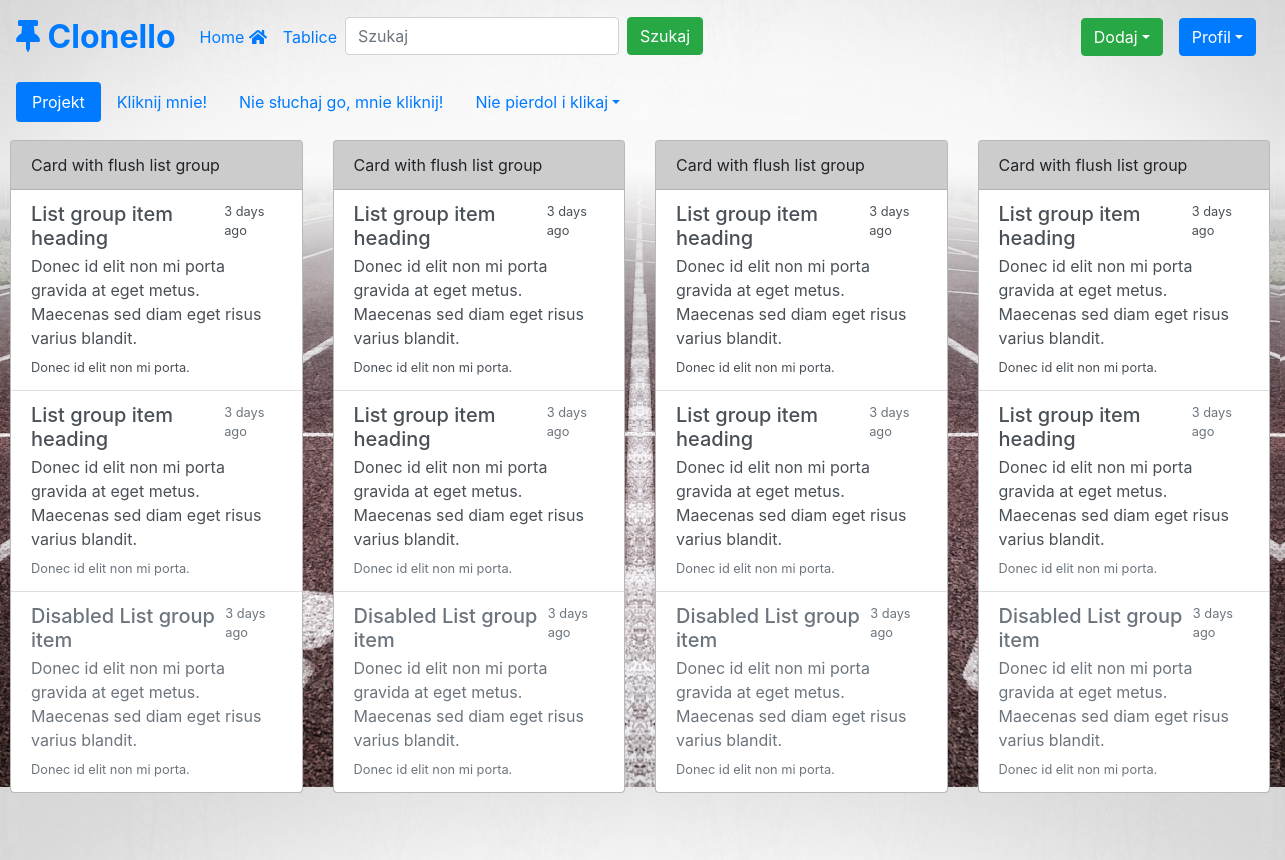
Repository: jnehlt/PAW-lab
Page: / (app in Frontend/clonello/)
An editor plug-in stored every save of this project. The page is shown before and after the next save, followed by the edit.
The browser window is 1280 px wide. The page is 1285 px wide, so the pictures cover 1285 px, including what lies to the right of the window. The pictures show the whole page.
The project was rebuilt for these pictures with package versions that can differ from the ones it lists, and the page was loaded fresh each time.

Above is the page before, as saved 2020-04-24 23:52:15.

### Frontend/clonello/src/main.js
import "@babel/polyfill";
import "mutationobserver-shim";
import Vue from "vue";
import "./plugins/bootstrap-vue";
import App from "./App.vue";
import router from "./router";
import "@fortawesome/fontawesome-free/css/all.css";
import "@fortawesome/fontawesome-free/js/all.js";

Vue.config.productionTip = false;

new Vue({
  router,
  render: h => h(App)
}).$mount("#app");

### Frontend/clonello/src/App.vue
<template>
  <div id="app">
    <topheader></topheader>
    <projectheader></projectheader>

    <div class="row">
        <maincard></maincard>
        <maincard></maincard>
        <maincard></maincard>
        <maincard></maincard>
        <maincard></maincard>
        <maincard></maincard>
        <maincard></maincard>
        <maincard></maincard>
    </div>
    <router-view />
  </div>
</template>

<script>
import TopHeader from "@/components/TopHeader.vue";
import ProjectHeader from "@/components/ProjectHeader.vue";
import MainCard from "@/components/MainCard.vue";

export default {
  components: {
    "topheader": TopHeader,
    "projectheader": ProjectHeader,
    "maincard": MainCard
  }
};
</script>

<style lang="scss">

body {
    background-image: url("../src/assets/running-track-sn-3000x2001.jpg");
    background-size: cover;
    background-position: center;
}

.dropdown-header {
    font-size: larger;
    font-weight: bolder;
}

html, body {
    height: 100%;
}

.list-head {
    font-weight: bolder;
    text-transform: uppercase;
}

.row {
  display: flex;
  flex-wrap: nowrap;
  overflow-x: auto;
  margin-left: -5px;
  margin-right: -5px;
  margin-top: 10px;
  height: 100vh;
}

::-webkit-scrollbar {
  height: 4px;              /* height of horizontal scrollbar ← You're missing this */
  width: 4px;               /* width of vertical scrollbar */
  border: 1px solid #d5d5d5;
  margin-left: -5px;
  margin-right: -5px;
}


</style>

### Frontend/clonello/src/components/TopHeader.vue
<template>
  <div>
    <nav class="navbar navbar-expand-lg">
      <a class="navbar-brand" href="#"><i class="fas fa-thumbtack"></i> Clonello</a>
      <button class="navbar-toggler navbar-dark" type="button" data-toggle="collapse" data-target="#navbarNav" aria-controls="navbarNav" aria-expanded="false" aria-label="Toggle navigation">
          <span class="navbar-toggler-icon"></span>
      </button>
      <div class="collapse navbar-collapse" id="navbarNav">
        <ul class="navbar-nav mr-auto">
          <li class="nav-item">
            <a class="nav-link" href="#">Home <i class="fas fa-home"></i></a>
          </li>
          <li class="nav-item">
            <a class="nav-link" href="#">Tablice</a>
          </li>
          <li class="nav-item">
            <form class="form-inline my-2 my-lg-0">
              <input class="form-control mr-sm-2" type="search" placeholder="Szukaj" aria-label="Search">
              <button class="btn btn-success my-2 my-sm-0" type="submit">Szukaj</button>
            </form>
          </li>
        </ul>
        <ul class="navbar-right navbar-nav">
          <li>
            <b-dropdown id="dropdown-right" right text="Dodaj" variant="success" class="m-2">
              <b-dropdown-item href="#">Coś</b-dropdown-item>
              <b-dropdown-item href="#">Coś innego</b-dropdown-item>
              <b-dropdown-item href="#">Dobra, spierdalaj!</b-dropdown-item>
            </b-dropdown>
            <b-dropdown id="dropdown-right" right text="Profil" variant="primary" class="m-2">
              <b-dropdown-item href="#">Ustawienia</b-dropdown-item>
              <b-dropdown-item href="#">Wyloguj</b-dropdown-item>
            </b-dropdown>
          </li>
        </ul>
      </div>
    </nav>
  </div>
  <!-- class="btn btn-success" type="button" data-toggle="collapse" data-target="#collapseAdd" aria-expanded="false" aria-controls="collapseAdd">Dodaj <i class="fas fa-plus"></i>
            </button> -->
</template>

<script>



export default {

};
</script>

<!-- Add "scoped" attribute to limit CSS to this component only -->
<style scoped lang="scss">
.navbar-brand {
    font-weight: bolder;
    font-size: 2em;
}

.navbar {
    background-color: transparent;
    font-size: 50%em;
}

.navbar-toggler {
    background-color: #4e555b;
}

</style>

### Frontend/clonello/src/components/ProjectHeader.vue
<template>
  <div>
      <div class="navbar navbar-expand-lg">
      <ul class="nav nav-pills nav-fill">
        <li class="nav-item">
          <a class="nav-link active" href="#">Projekt</a>
        </li>
        <li class="nav-item">
          <a class="nav-link" href="#">Kliknij mnie!</a>
        </li>
        <li class="nav-item">
          <a class="nav-link" href="#">Nie słuchaj go, mnie kliknij!</a>
        </li>
        <li class="nav-item dropdown">
          <b-nav-item-dropdown text="Nie pierdol i klikaj" right>
            <b-dropdown-item href="#">Wkurwia</b-dropdown-item>
            <b-dropdown-item href="#">Mnie</b-dropdown-item>
            <b-dropdown-item href="#">Ta</b-dropdown-item>
            <b-dropdown-item href="#">Uczelnia</b-dropdown-item>
          </b-nav-item-dropdown>
        </li>
      </ul>
    </div>
  </div>
</template>

<script>
export default {

}
</script>

<style>
.navbar-brand {
    font-weight: bolder;
    font-size: 2em;
}

.navbar {
    background-color: transparent;
}

.navbar-toggler {
    background-color: #4e555b;
}

</style>

### Frontend/clonello/src/components/MainCard.vue
<template>
        <div class="col-3 col-md-3 col-sm-3">
            <b-card id="duties-card" no-body header="Card with flush list group">
                <b-list-group flush="">
                    <b-list-group-item href="#" class="flex-column align-items-start">
                        <div class="d-flex w-100 justify-content-between">
                        <h5 class="mb-1">List group item heading</h5>
                        <small>3 days ago</small>
                        </div>

                        <p class="mb-1">
                        Donec id elit non mi porta gravida at eget metus. Maecenas sed diam eget risus varius blandit.
                        </p>

                        <small>Donec id elit non mi porta.</small>
                    </b-list-group-item>

                    <b-list-group-item href="#" class="flex-column align-items-start">
                        <div class="d-flex w-100 justify-content-between">
                        <h5 class="mb-1">List group item heading</h5>
                        <small class="text-muted">3 days ago</small>
                        </div>

                        <p class="mb-1">
                        Donec id elit non mi porta gravida at eget metus. Maecenas sed diam eget risus varius blandit.
                        </p>

                        <small class="text-muted">Donec id elit non mi porta.</small>
                    </b-list-group-item>

                    <b-list-group-item href="#" disabled class="flex-column align-items-start">
                        <div class="d-flex w-100 justify-content-between">
                        <h5 class="mb-1">Disabled List group item</h5>
                        <small class="text-muted">3 days ago</small>
                        </div>

                        <p class="mb-1">
                        Donec id elit non mi porta gravida at eget metus. Maecenas sed diam eget risus varius blandit.
                        </p>

                        <small class="text-muted">Donec id elit non mi porta.</small>
                    </b-list-group-item>
                </b-list-group>
            </b-card>
        </div>
</template>

<script>
export default {

}
</script>

<style>
#duties-card {
    background-color: lightgray;
}

</style>

### Frontend/clonello/src/views/Home.vue
<template>
  <div class="home"></div>
</template>

<script>
// @ is an alias to /src
export default {
  name: "Home",
  components: {}
};
</script>

Loaded but not shown: Frontend/clonello/public/index.html (common file); Frontend/clonello/src/plugins/bootstrap-vue.js (common file); Frontend/clonello/src/router/index.js (common file)

After the next save:
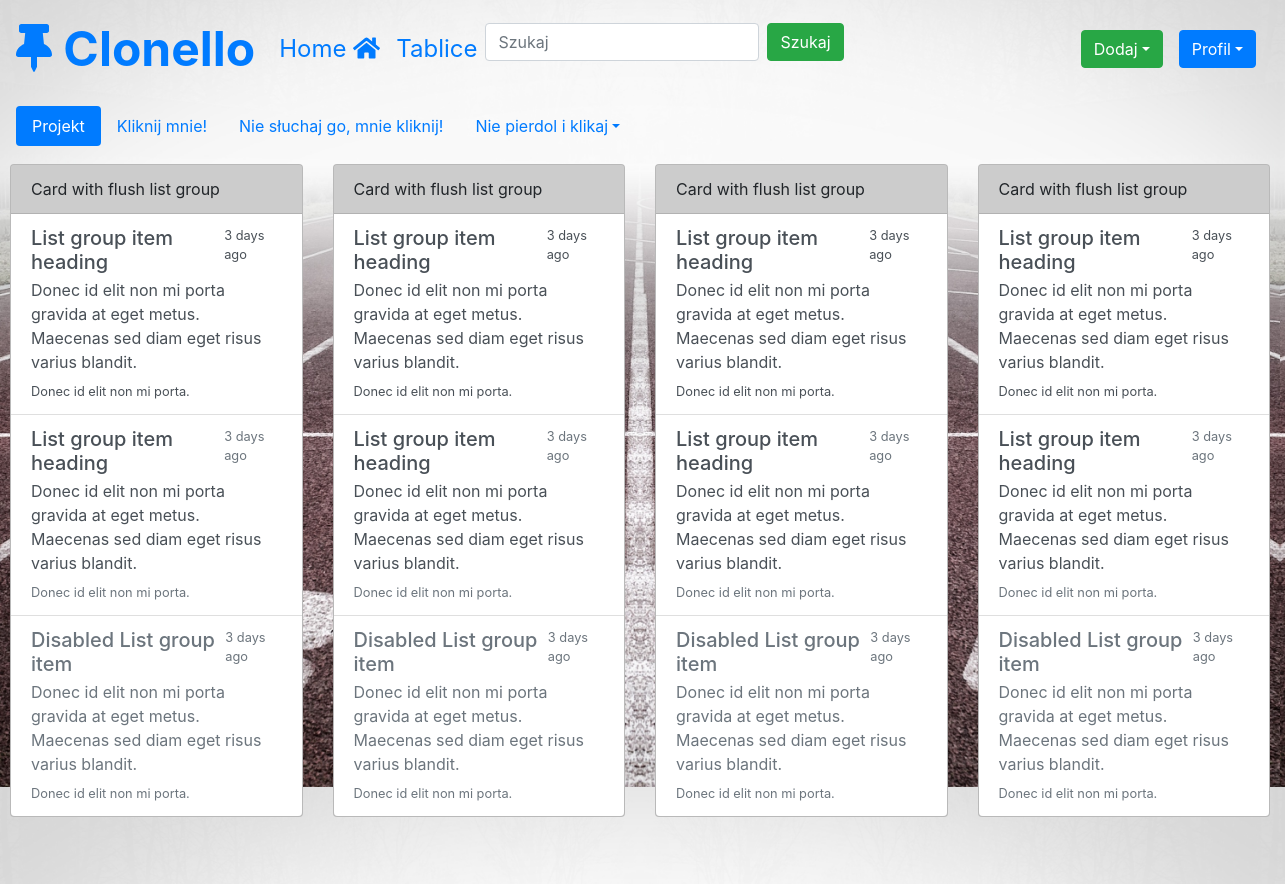
Saved 7 s later.
--- a/Frontend/clonello/src/components/TopHeader.vue
+++ b/Frontend/clonello/src/components/TopHeader.vue
@@ -58,7 +58,7 @@
 
 .navbar {
     background-color: transparent;
-    font-size: 50%em;
+    font-size: 150%;
 }
 
 .navbar-toggler {

After the save that followed:
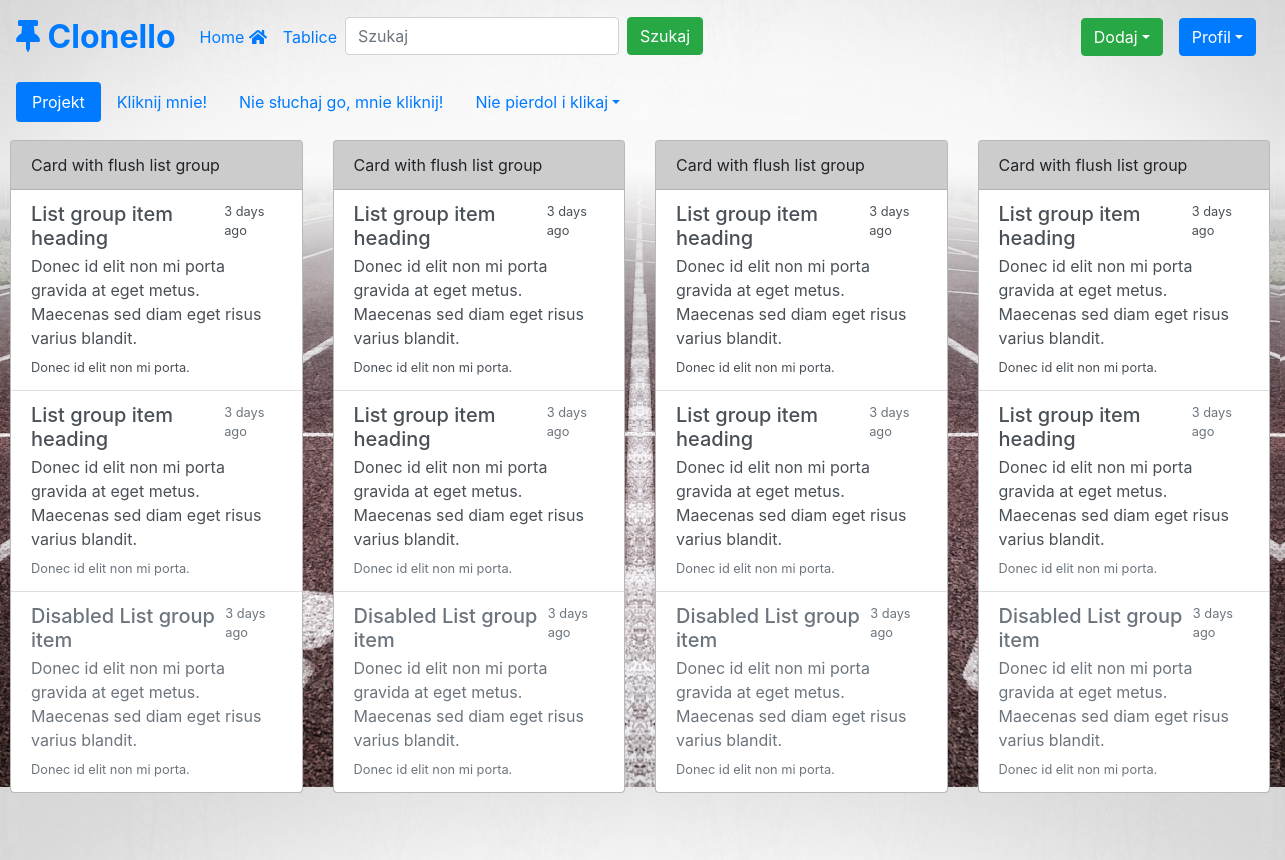
Saved 21 s later.
--- a/Frontend/clonello/src/components/TopHeader.vue
+++ b/Frontend/clonello/src/components/TopHeader.vue
@@ -58,7 +58,6 @@
 
 .navbar {
     background-color: transparent;
-    font-size: 150%;
 }
 
 .navbar-toggler {
